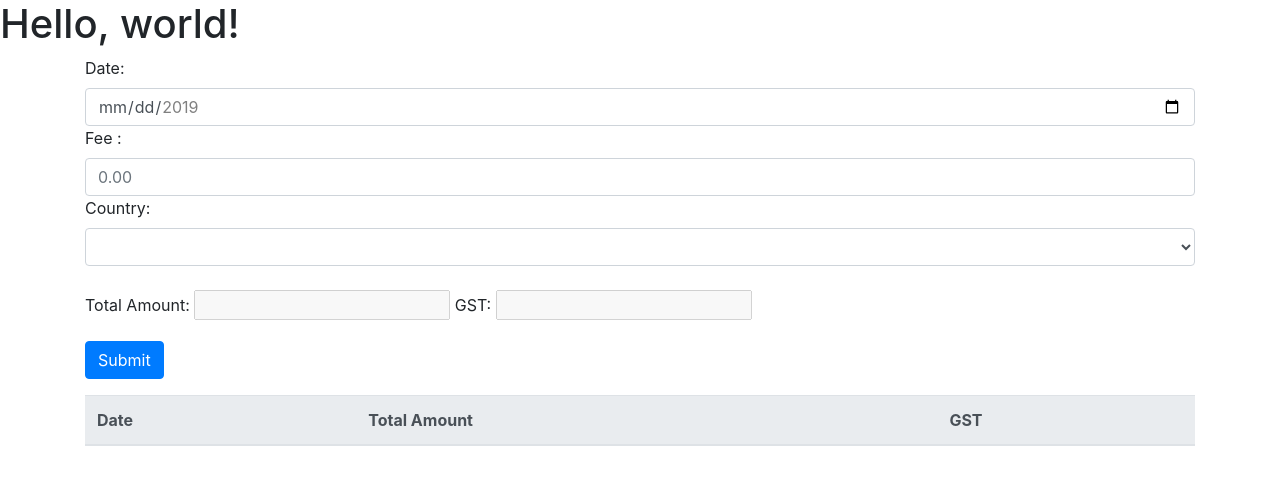
Repository: yucheng91/feesubmissionform
Page: http://localhost/
The author's editor kept a record of every edit. The page is drawn from the files as they stood at one moment, then again after the next edit.
The browser window is 1280 px wide. The pictures show the whole page.
The page is served by the project's application, run on Flask 3 (app.py). Queries for data that is not in the repository find no rows.

Above is the page before.

After the next edit:
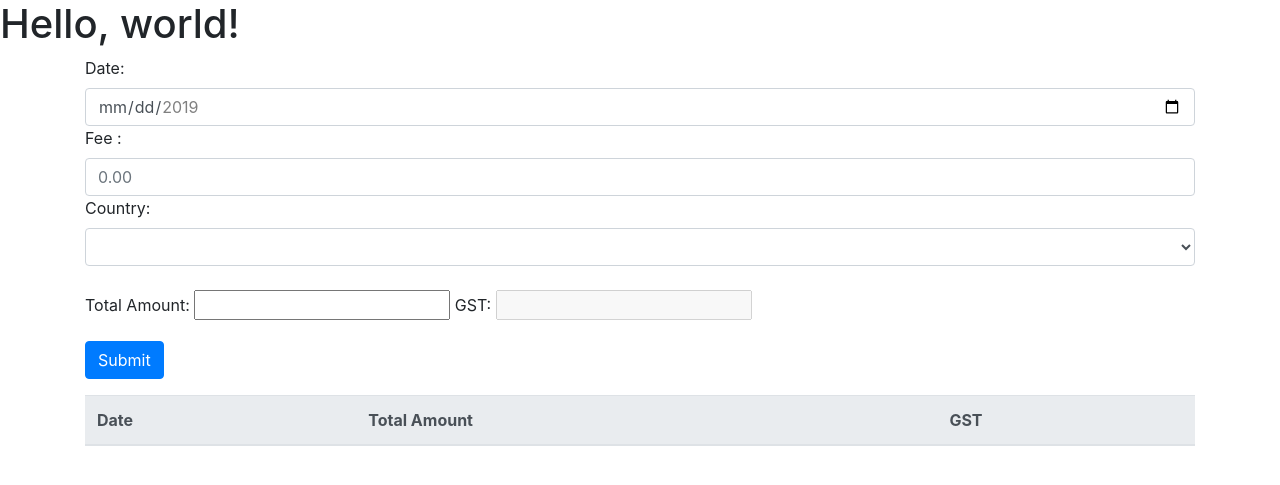
The edit:
--- a/templates/index.html
+++ b/templates/index.html
@@ -40,7 +40,7 @@
                 <label class='label' >
                   Total Amount:
                 </label>
-                <input type="number" name="totalfee" disabled>
+                <input type="number" name="totalfee">
                 <label class='label' >
                   GST:
                 </label>
